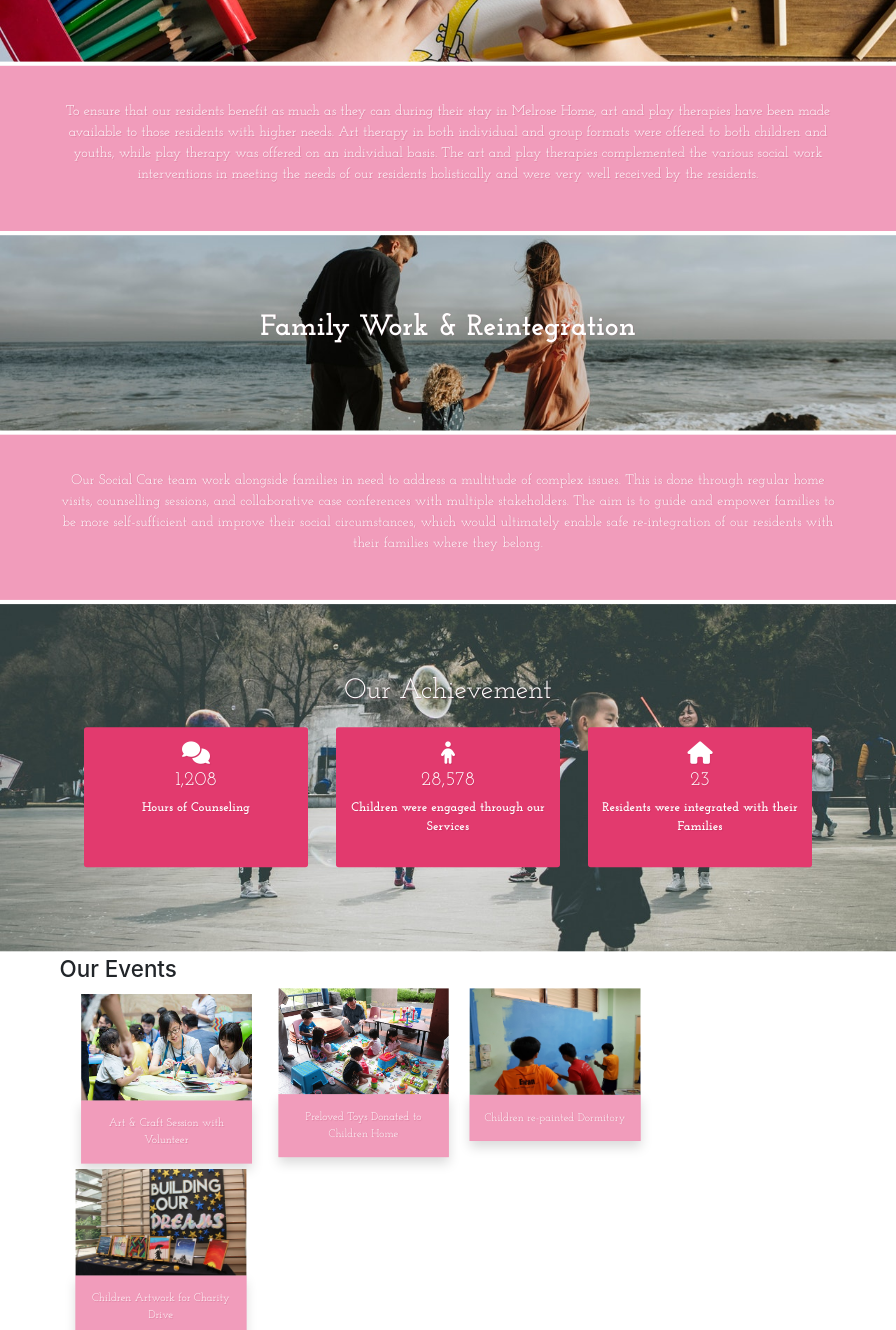
Repository: Code-Institute-Submissions/Jasonngyt-Project1
Page: services.html
The author's editor kept a record of every edit. The page is drawn from the files as they stood at one moment, then again after the next edit.
The browser window is 1280 px wide. The pictures show the part of the page from y = 860 to 2760 px (the page is 3095 px tall), at 70% of full size.
A picture or video elsewhere on the page could not be fetched, so the positions and the page height are approximate. Backgrounds fixed to the window are drawn as part of the page. Some web fonts or font styles are not loaded; a fallback is used. Some web libraries are served in a nearby version.

Above is the page before.

### services.html
<!DOCTYPE html>
<html lang="en">
<head>
    <meta charset="UTF-8">
    <meta name="viewport" content="width=device-width, initial-scale=1.0">
    <meta http-equiv="X-UA-Compatible" content="ie=edge">
    <title>Our Services</title>

    <!-- Bootsrap CSS -->
    <link rel="stylesheet" href="https://stackpath.bootstrapcdn.com/bootstrap/4.3.1/css/bootstrap.min.css" integrity="sha384-ggOyR0iXCbMQv3Xipma34MD+dH/1fQ784/j6cY/iJTQUOhcWr7x9JvoRxT2MZw1T" crossorigin="anonymous">

    <!-- Font Awesome -->
    <script src="https://kit.fontawesome.com/749eb0769b.js"></script>

    <!--Google Font -->
    <link href="https://fonts.googleapis.com/css?family=Josefin+Slab|Mansalva&display=swap" rel="stylesheet">

    <!-- mystyle.css -->
    <link rel="stylesheet" href="CSSstyle/mystyle2.css" type="text/css"/>

</head>
<body>

    <!-- Header Navbar -->
    <nav class="navbar navbar-expand-md navbar-light font-weight-bold header_nav">
        <div class="container-fluid d-inline-flex">
            <a class="navbar-brand" href="index.html">
            <img src ="image/logo.png" style="max-width: 100px;"></a>
            <button class="navbar-toggler" type="button" data-toggle="collapse" data-target="#navbarSupportedContent">
                <span class="navbar-toggler-icon"></span>
            </button>

            <div class="collapse navbar-collapse" id="navbarSupportedContent">
                <ul class="navbar-nav ml-auto">
                    <li class="nav-item active">
                        <a class="nav-link nav text-uppercase" href="index.html"><strong>Home</strong><span class="sr-only">(current)</span></a>
                    </li>
                    <li class="nav-item">
                        <a class="nav-link text-uppercase" href="services.html"><strong>Our Services</strong></a>
                    </li>
                    <li class="nav-item">
                        <a class="nav-link text-uppercase" href="enquiry.html" tabindex="-1"><strong>Contact Us</strong></a>
                    </li>
                </ul>
            </div>
        </div>
    </nav>


    <!-- Our Services -->

    <h2>Our Services</h2>
    <div class="service1_photo font-weight-bold">
        <p>Casework & Counselling</p>
    </div>

    <div class="service_word">
        <p class="container">
            Residents in our care are provided individually tailored Care Plans, managed by our Social and Case Workers.
            Casework interventions, therapeutic services and counselling support, are other important services provided
            to address the various behavioural, social and emotional needs of our residents.
        </p>
    </div>

    <div class="service2_photo font-weight-bold">
        <p>Art & Play Therapy</p>
    </div>

    <div class="service_word">
        <p class="container">
            To ensure that our residents benefit as much as they can during their stay in Melrose Home, art and play therapies have been made available to those residents with higher needs.
            Art therapy in both individual and group formats were offered to both children and youths, while play therapy was offered on an individual basis.
            The art and play therapies complemented the various social work interventions in meeting the needs of our residents holistically and were very well received by the residents.
        </p>
    </div>

     <div class="service3_photo font-weight-bold">
        <p>Family Work & Reintegration</p>
    </div>

    <div class="service_word">
        <p class="container">
            Our Social Care team work alongside families in need to address a multitude of complex issues.  This is done through regular home visits, counselling sessions, and collaborative case conferences with multiple stakeholders.
            The aim is to guide and empower families to be more self-sufficient and improve their social circumstances, which would ultimately enable safe re-integration of our residents with their families where they belong.
        </p>
    </div>


     <!-- Our Achievement -->

    <div class="container-fluid achievement_photo">
        <h1>Our Achievement</h1>
        <div class="row justify-content-center">
            <div class="achievement rounded col-sm-11 col-md-3 font-weight-bold text-center"><h2 class="fas fa-comments"></h2><h3>1,208</h3> <p> Hours of Counseling </p></div>
            <div class="achievement rounded col-sm-11 col-md-3 font-weight-bold text-center"><h2 class="fas fa-child"></h2><h3>28,578</h3> <p> Children were engaged through our Services </p></div>
            <div class="achievement rounded col-sm-11 col-md-3 font-weight-bold text-center"><h2 class="fas fa-home"></h2><h3>23</h3> <p> Residents were integrated with their Families </p></div>
        </div>
    </div>


    <!-- Our Event -->

    <div class="container">
        <h2>Our Events</h2>
        <div class="row m-2">
            <div class="col-sm-5 col-md-3 card-img-top m-2"><img src ="image/event1_photo.jpg" class ="w-100">
                <div class="card-body text-center shadow event_style">Art & Craft Session with Volunteer</div>
            </div>
            <div class="col-sm-5 col-md-3 card-img-top"><img src ="image/event2_photo.png" class ="w-100">
                <div class="card-body text-center shadow event_style">Preloved Toys Donated to  Children Home</div>
            </div>
            <div class="col-sm-5 col-md-3 card-img-top"><img src ="image/event3_photo.jpg" class ="w-100" style="height:152px;">
                <div class="card-body text-center shadow event_style">Children re-painted Dormitory</div>
            </div>
            <div class="col-sm-5 col-md-3 card-img-top"><img src ="image/event4_photo.jpg" class ="w-100" style="height:152px;">
                <div class="card-body text-center shadow event_style">Children Artwork for Charity Drive</div>
            </div>
        </div>
        <div class="row m-2">
            <div class="col-sm-5 col-md-3 card-img-top"><img src ="image/event5_photo.jpg" class ="w-100 d-sm-none d-md-block">
                <div class="card-body text-center shadow event_style">Children Playtime</div>
            </div>
            <div class="col-sm-5 col-md-3 card-img-top"><img src ="image/event6_photo.jpg" class ="w-100 d-sm-none d-md-block">
                <div class="card-body text-center shadow event_style">Annual Athletic Meet</div>
            </div>
            <div class="col-sm-5 col-md-3 card-img-top"><img src ="image/event7_photo.jpg" class ="w-100 d-sm-none d-md-block">
                <div class="card-body text-center shadow event_style">Art Therapy Session</div>
            </div>
            <div class="col-sm-5 col-md-3 card-img-top"><img src ="image/event8_photo.jpg" class ="w-100 d-sm-none d-md-block">
                <div class="card-body text-center shadow event_style">Cooking Lesson by Volunteer</div>
            </div>
        </div>
    </div>


    <!-- Footer Navbar -->

    <nav class="navbar navbar-light justify-content-md-center footer_nav">
        <div class="row">
            <div class="fas fa-map-marked-alt pr-4"> Address: 24 Ang Mo Kio Street 5, Singapore 661565</div>
        </div>
        <div class="row pr-mb-3 p-sm-2">
            <div class="fas fa-phone-volume pr-4"> Contact: 64528729</div>
            <div class="fas fa-envelope pr-4"> Email: <a href="maito: sparkletree@charity.com">sparkletree@charity.com </a></div>
        </div>
        <div class="row p-sm-1" align="left">
            <div class="pr-4 pt-2">Follow Us on</div>
            <a class="navbar-brand" href="#! pr-4 pt-2"><i class="fab fa-facebook-square text-white pr-3"></i></a>
            <a class="navbar-brand" href="#!"><i class="fab fa-instagram text-white"></i></a>
        </div>
    </nav>


    <!-- Bootstrap Javascript -->

    <script src="https://code.jquery.com/jquery-3.3.1.slim.min.js" integrity="sha384-q8i/X+965DzO0rT7abK41JStQIAqVgRVzpbzo5smXKp4YfRvH+8abtTE1Pi6jizo" crossorigin="anonymous"></script>
    <script src="https://cdnjs.cloudflare.com/ajax/libs/popper.js/1.14.7/umd/popper.min.js" integrity="sha384-UO2eT0CpHqdSJQ6hJty5KVphtPhzWj9WO1clHTMGa3JDZwrnQq4sF86dIHNDz0W1" crossorigin="anonymous"></script>
    <script src="https://stackpath.bootstrapcdn.com/bootstrap/4.3.1/js/bootstrap.min.js" integrity="sha384-JjSmVgyd0p3pXB1rRibZUAYoIIy6OrQ6VrjIEaFf/nJGzIxFDsf4x0xIM+B07jRM" crossorigin="anonymous"></script>

</body>
</html>

### CSSstyle/mystyle2.css
/* The following CSS code are written by me.*/

@import url('//fonts.googleapis.com/css?family=Josefin+Slab:400,700');

/* Enquire CSS */

*{
	padding: 0px;
	margin: 0px;
	box-sizing: border-box;
}


/* Our Service CSS */

.service1_photo{
	background-image: url("../image/service1_photo.jpg");
	background-position: center;
	background-attachment: fixed;
	background-size: cover;
    padding-top: 100px;
    padding-bottom: 100px;
    font-family:'Josefin Slab', 'Myriad Pro', Arial, sans-serif;
    font-size: 42px;
    text-shadow: 1px 1px 1px rgba(151,24,64,0.2);
    width:100%;
    color: white;
    text-align: center;
    overflow: hidden;
    display: inline-block;
}

.service2_photo{
	background-image: url("../image/service2_photo.jpg");
	background-position: center;
	background-attachment: fixed;
	background-size: cover;
    padding-top: 100px;
    padding-bottom: 100px;
    font-family:'Josefin Slab', 'Myriad Pro', Arial, sans-serif;
    font-size: 42px;
    text-shadow: 1px 1px 1px rgba(151,24,64,0.2);
    width:100%;
    color: white;
    text-align: center;
    overflow: hidden;
    display: inline-block;
}

.service3_photo{
	background-image: url("../image/service3_photo.jpg");
	background-position: center;
	background-attachment: fixed;
	background-size: cover;
    padding-top: 100px;
    padding-bottom: 100px;
    font-family: 'Josefin Slab', Arial, sans-serif;
    font-size: 42px;
    text-shadow: 1px 1px 1px rgba(151,24,64,0.2);
    width:100%;
    color: white;
    text-align: center;
    overflow: hidden;
    display: inline-block;
}

.service_word{
    background-color: #F19CBB;
    padding-top: 50px;
    padding-bottom: 50px;
    font-family: 'Josefin Slab', Arial, sans-serif;
    font-size: 20px;
    text-shadow: 1px 1px 1px rgba(151,24,64,0.2);
    width:100%;
    color: white;
    text-align: center;
    overflow: hidden;
    display: inline-block;
}


/* Our Achievement CSS */

.achievement_photo{
	background-image: url("../image/achievement_photo.jpg");
	background-position: center;
	background-attachment: fixed;
	background-size: cover;
    padding-top: 100px;
    padding-bottom: 100px;
    font-family: 'Josefin Slab', Arial, sans-serif;
    font-size: 42px;
    text-shadow: 1px 1px 1px rgba(151,24,64,0.2);
    width:100%;
    color: white;
    text-align: center;
    font-size: large;
    overflow: hidden;
    display: inline-block;
}

.achievement {
    height: 200px;
    background-color: #e23a6e;
    margin: 20px;
    color: white;
    padding: 20px;
}


/* Our Event CSS */

.event_style{
    border: 1px solid #F19CBB;
    background-color: #F19CBB;
    color: white;
    font-family: 'Josefin Slab', Arial, sans-serif;
    text-shadow: 1px 1px 1px rgba(151,24,64,0.2);
}


/* Our Enquiry CSS */

.enquiry_bg{
    background-image: url("../image/pink_background.jpg");
    position: relative;
    background-repeat: no-repeat;
    background-size: cover;
    padding: 0px;
}

/* Video Player CSS in Enquiry */
.youtube-player{
    z-index: 1;

}

.video-responsive{
    overflow:hidden;
    padding-bottom: 100%;
    position:relative;
    height:0;
}

.video-responsive iframe{
    left:0;
    top:10%;
    height:100%;
    width:100%;
    position:absolute;
}

.bg_word{
    font-family: 'Mansalva', cursive;
}

/* Header Navbar CSS */

.header_nav{
    font-family: 'Josefin Slab', Arial, sans-serif;

}

/* Footer Navbar CSS */

.footer_nav{
     background-color: #e23a6e;
     font-family: 'Josefin Slab', Arial, sans-serif;
     color: white;
     text-shadow: 1px 1px 1px rgba(151,24,64,0.2);
     bottom: 0px;
     padding-top: 5px;
     padding-bottom: 5px;
}

After the next edit:
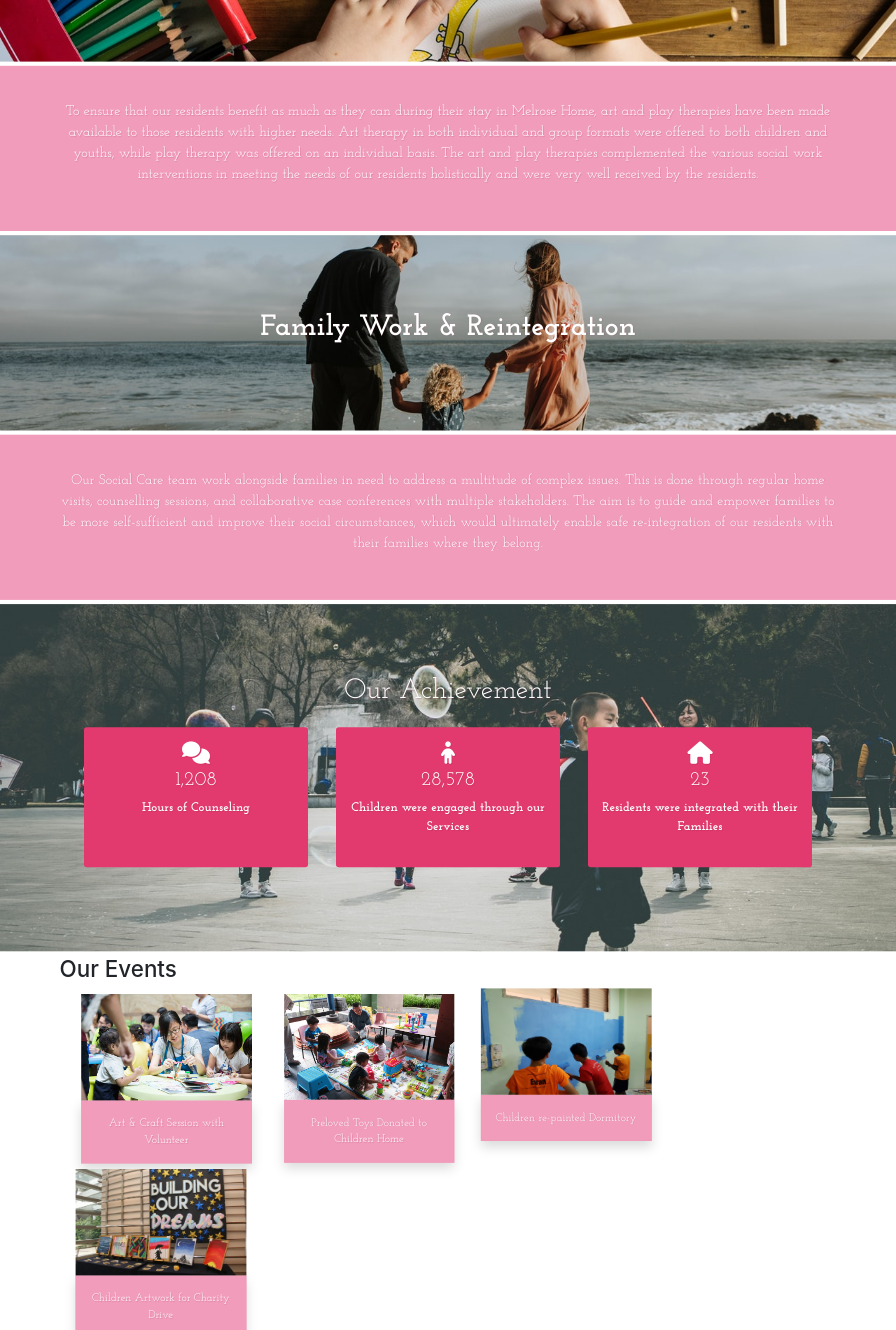
The edit:
--- a/services.html
+++ b/services.html
@@ -106,7 +106,7 @@
             <div class="col-sm-5 col-md-3 card-img-top m-2"><img src ="image/event1_photo.jpg" class ="w-100">
                 <div class="card-body text-center shadow event_style">Art & Craft Session with Volunteer</div>
             </div>
-            <div class="col-sm-5 col-md-3 card-img-top"><img src ="image/event2_photo.png" class ="w-100">
+            <div class="col-sm-5 col-md-3 card-img-top m-2"><img src ="image/event2_photo.png" class ="w-100">
                 <div class="card-body text-center shadow event_style">Preloved Toys Donated to  Children Home</div>
             </div>
             <div class="col-sm-5 col-md-3 card-img-top"><img src ="image/event3_photo.jpg" class ="w-100" style="height:152px;">
